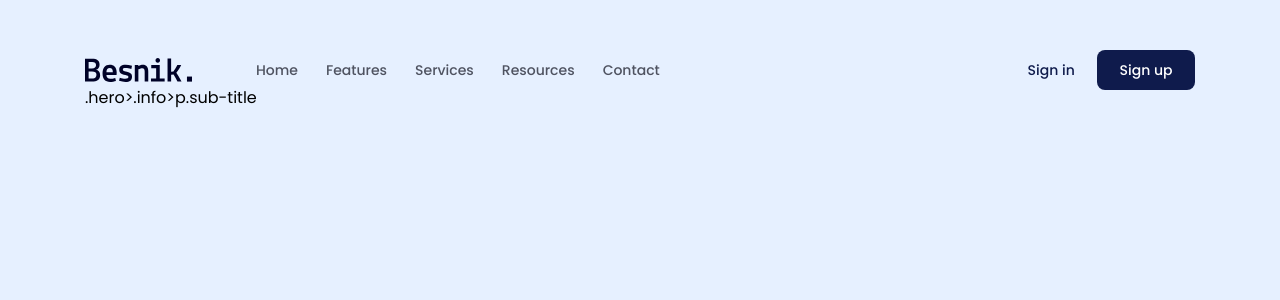
Repository: trungnguyen131/froject-01
Page: index.html
These files come from the project's save history. The page is drawn as it stood at one moment and after a run of saves; the edit follows.
The browser window is 1280 px wide. The pictures show the whole page.

Above is the page before, as saved 2024-02-24 12:37:32.

After the next 8 saves:
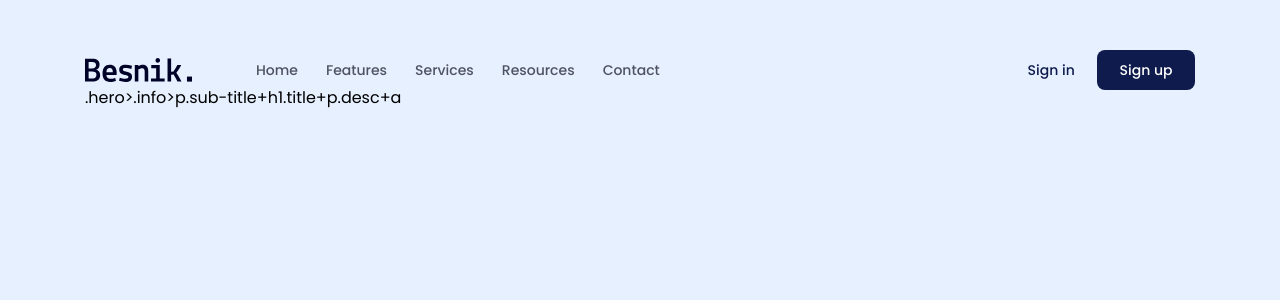
The 8 saves are shown as one change because they came seconds apart.
The last was saved 36 s later.
--- a/index.html
+++ b/index.html
@@ -30,7 +30,7 @@
                         <a href="#!" class="btn action-btn">Sign up</a>
                     </div>
                 </nav>
-                .hero>.info>p.sub-title
+                .hero>.info>p.sub-title+h1.title+p.desc+a
             </div>
         </header>
     </main>
